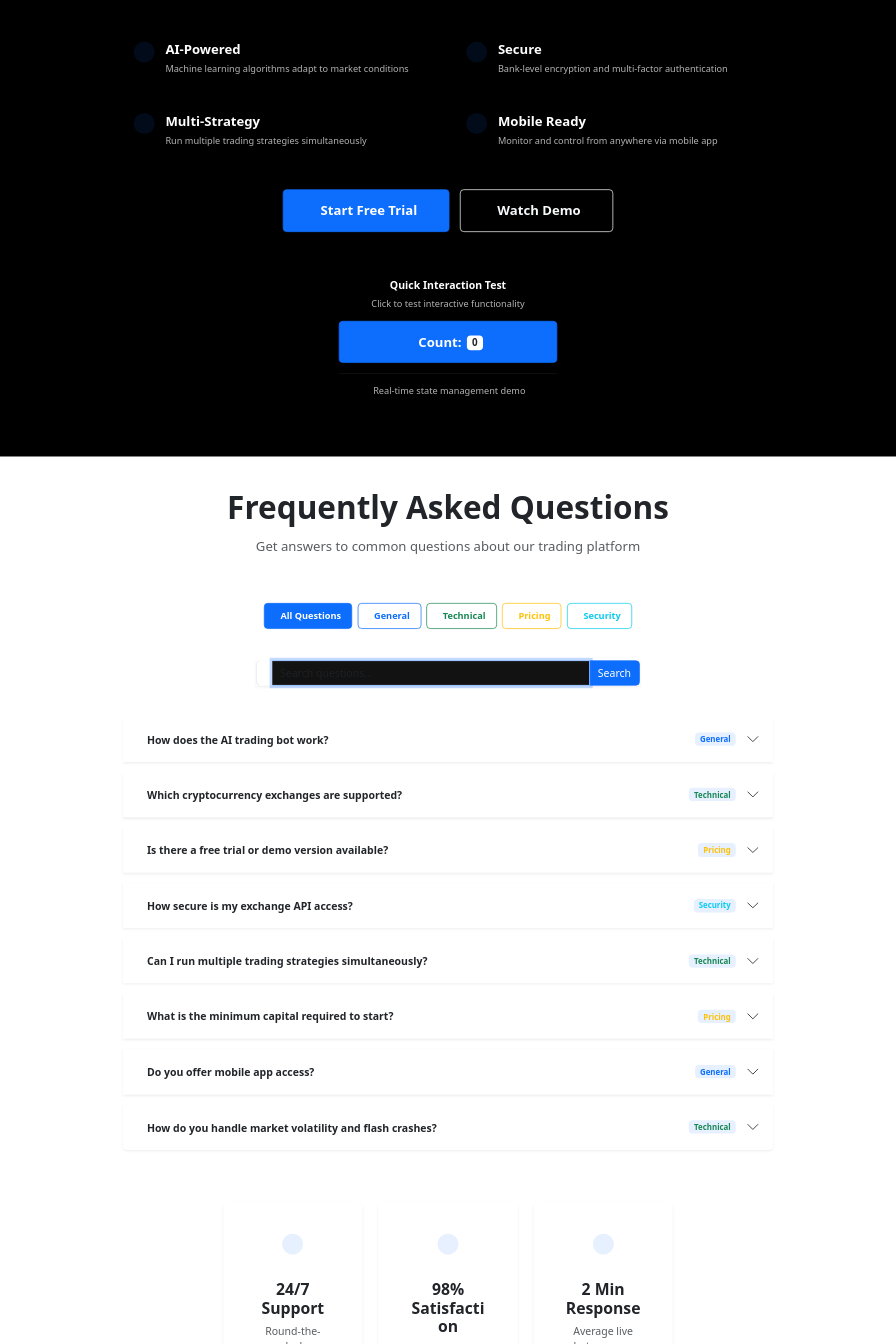
Repository: Kevin-Pro-Codes/halo-trading
Page: /
These files come from the project's save history. The page is drawn as it stood at one moment and after the next save; the edit follows.
The browser window is 1280 px wide. The pictures show the part of the page from y = 489 to 2409 px (the page is 15259 px tall), at 70% of full size.
The first visible `.form-control` has the focus.
The page's requests for data from a server got no answer. The project was rebuilt for these pictures with package versions that can differ from the ones it lists, and the page was loaded fresh each time. Some packages were replaced by stand-ins written for this rebuild. No one was signed in, and anything a server would have sent is missing. Also part of the build but not shown: vite.config.js, src/styles/DocStyle.css, src/styles/PricingStyle.css.

Above is the page before, as saved 2025-12-09 16:34:20.

### src/index.css
:root {
  font-family: system-ui, Avenir, Helvetica, Arial, sans-serif;
  line-height: 1.5;
  font-weight: 400;
  color-scheme: light dark;
  color: rgba(255, 255, 255, 0.87);
  background-color: #242424;
  font-synthesis: none;
  text-rendering: optimizeLegibility;
  -webkit-font-smoothing: antialiased;
  -moz-osx-font-smoothing: grayscale;
}

a {
  font-weight: 500;
  color: #646cff;
  text-decoration: inherit;
}
a:hover {
  color: #535bf2;
}


h1 {
  font-size: 3.2em;
  line-height: 1.1;
}

button {
  border-radius: 8px;
  border: 1px solid transparent;
  padding: 0.6em 1.2em;
  font-size: 1em;
  font-weight: 500;
  font-family: inherit;
  background-color: #1a1a1a;
  cursor: pointer;
  transition: border-color 0.25s;
}
button:hover {
  border-color: #646cff;
}
button:focus,
button:focus-visible {
  outline: 4px auto -webkit-focus-ring-color;
}

### src/Navbar.jsx
import React from 'react';
import haloLogo from './assets/halo.png';



const Navbar = ({ showHamburger, menuOpen, setMenuOpen }) => {
  return (
    <nav className="navbar">
      <div className="nav-content">
        <div className="nav-brand">
          <img src={haloLogo} alt="Trading Bot Logo" className="logo-img" />
        </div>

        {showHamburger ? (
          <div className="hamburger-container">
            <button
              className={`hamburger-btn ${menuOpen ? 'active' : ''}`}
              onClick={() => setMenuOpen(!menuOpen)}
              aria-label="Menu"
            >
              <span></span>
              <span></span>
              <span></span>
            </button>
          </div>
        ) : (
          <div className="nav-links">
            <button className="nav-btn">Home</button>
            <button className="nav-btn">About</button>
            <button className="nav-btn">Products</button>
            <button className="nav-btn">Contact</button>
          </div>
        )}
      </div>

      {showHamburger && menuOpen && (
        <div className="mobile-menu">
          <button className="nav-btn">Home</button>
          <button className="nav-btn">About</button>
          <button className="nav-btn">Products</button>
          <button className="nav-btn">Contact</button>
        </div>
      )}
    </nav>
  );
};

export default Navbar;

### src/components/LatestSection.jsx
import React from 'react';

const LatestSection = () => {
  const updates = [
    {
      id: 1,
      title: "Version 3.0 Launched",
      description: "Major platform upgrade with AI-powered trading signals, enhanced backtesting, and multi-exchange arbitrage capabilities.",
      category: "Platform Update",
      date: "June 2025",
      icon: "bi-rocket-takeoff-fill",
      color: "primary",
      badge: "New",
      tags: ["AI", "Performance", "Multi-Exchange"]
    },
    {
      id: 2,
      title: "Enhanced Security Framework",
      description: "Implemented advanced API key encryption, multi-factor authentication, and real-time threat detection systems.",
      category: "Security",
      date: "May 2025",
      icon: "bi-shield-check",
      color: "success",
      badge: "Enhanced",
      tags: ["Security", "Encryption", "2FA"]
    },
    {
      id: 3,
      title: "Mobile App 2.0 Released",
      description: "Redesigned mobile application with real-time notifications, advanced charting, and one-click trade execution.",
      category: "Mobile",
      date: "April 2025",
      icon: "bi-phone-fill",
      color: "info",
      badge: "Update",
      tags: ["Mobile", "iOS", "Android"]
    },
    {
      id: 4,
      title: "Added 5 New Exchanges",
      description: "Extended platform support to include KuCoin, Bybit, Bitfinex, OKX, and Gate.io for broader market access.",
      category: "Integration",
      date: "March 2025",
      icon: "bi-arrow-left-right",
      color: "warning",
      badge: "Expanded",
      tags: ["Exchanges", "Integration", "Markets"]
    },
    {
      id: 5,
      title: "Advanced Analytics Dashboard",
      description: "Introducing comprehensive performance metrics, profit/loss tracking, and customizable reporting tools.",
      category: "Features",
      date: "February 2025",
      icon: "bi-graph-up",
      color: "purple",
      badge: "Feature",
      tags: ["Analytics", "Reports", "Metrics"]
    },
    {
      id: 6,
      title: "Community Integration",
      description: "Launched user community forum and strategy marketplace for sharing and discovering profitable trading strategies.",
      category: "Community",
      date: "January 2025",
      icon: "bi-people-fill",
      color: "danger",
      badge: "Community",
      tags: ["Forum", "Strategies", "Social"]
    }
  ];

  const categories = [
    { id: "all", name: "All Updates", icon: "bi-grid", count: updates.length },
    { id: "platform", name: "Platform", icon: "bi-rocket", count: 1 },
    { id: "security", name: "Security", icon: "bi-shield", count: 1 },
    { id: "mobile", name: "Mobile", icon: "bi-phone", count: 1 },
    { id: "integration", name: "Integration", icon: "bi-arrow-left-right", count: 1 },
    { id: "features", name: "Features", icon: "bi-stars", count: 1 },
    { id: "community", name: "Community", icon: "bi-people", count: 1 }
  ];

  return (
    <section className="py-5 bg-dark text-white">
      <div className="container">
        {/* Header */}
        <div className="row justify-content-center text-center mb-5">
          <div className="col-lg-8">
            <div className="d-flex align-items-center justify-content-center mb-3">
              <div className="bg-primary bg-opacity-10 p-2 rounded-circle me-3">
                <i className="bi bi-megaphone-fill text-primary fs-3"></i>
              </div>
              <h2 className="display-5 fw-bold mb-0 text-white">Latest Updates & News</h2>
            </div>
            <p className="lead text-white-50 mb-4">
              Stay updated with the latest features, improvements, and announcements from our trading platform
            </p>
          </div>
        </div>

        {/* Stats Summary */}
        <div className="row justify-content-center mb-5">
          <div className="col-lg-10">
            <div className="row g-3">
              <div className="col-md-3 col-6">
                <div className="text-center p-3 bg-dark bg-opacity-50 border border-secondary rounded-3">
                  <div className="display-6 fw-bold text-primary mb-1">{updates.length}</div>
                  <div className="text-white-50 small">Total Updates</div>
                </div>
              </div>
              <div className="col-md-3 col-6">
                <div className="text-center p-3 bg-dark bg-opacity-50 border border-secondary rounded-3">
                  <div className="display-6 fw-bold text-success mb-1">5</div>
                  <div className="text-white-50 small">New Exchanges</div>
                </div>
              </div>
              <div className="col-md-3 col-6">
                <div className="text-center p-3 bg-dark bg-opacity-50 border border-secondary rounded-3">
                  <div className="display-6 fw-bold text-warning mb-1">3.0</div>
                  <div className="text-white-50 small">Current Version</div>
                </div>
              </div>
              <div className="col-md-3 col-6">
                <div className="text-center p-3 bg-dark bg-opacity-50 border border-secondary rounded-3">
                  <div className="display-6 fw-bold text-info mb-1">98%</div>
                  <div className="text-white-50 small">Uptime Rate</div>
                </div>
              </div>
            </div>
          </div>
        </div>

        {/* Category Filter */}
        <div className="row justify-content-center mb-4">
          <div className="col-lg-10">
            <div className="d-flex flex-wrap justify-content-center gap-2 mb-4">
              {categories.map((category) => (
                <button
                  key={category.id}
                  className="btn btn-outline-primary btn-sm px-3 py-2"
                >
                  <i className={`bi ${category.icon} me-2`}></i>
                  {category.name}
                  <span className="badge bg-primary ms-2">{category.count}</span>
                </button>
              ))}
            </div>
          </div>
        </div>

        {/* Updates Grid */}
        <div className="row justify-content-center">
          <div className="col-lg-10">
            <div className="row g-4">
              {updates.map((update) => (
                <div key={update.id} className="col-md-6 col-lg-4">
                  <div className="card h-100 border-secondary bg-white hover-lift transition-all">
                    <div className="card-body p-4">
                      <div className="d-flex justify-content-between align-items-start mb-3">
                        <div className="d-flex align-items-center">
                          <div className={`bg-${update.color} bg-opacity-10 p-2 rounded-circle me-3`}>
                            <i className={`bi ${update.icon} text-${update.color} fs-5`}></i>
                          </div>
                          <span className={`badge bg-${update.color} bg-opacity-10 text-${update.color}`}>
                            {update.category}
                          </span>
                        </div>
                        <span className="badge bg-primary bg-opacity-10 text-primary">
                          {update.badge}
                        </span>
                      </div>

                      <h4 className="fw-bold mb-3 text-black">{update.title}</h4>
                      <p className="text-black mb-4">{update.description}</p>

                      <div className="d-flex justify-content-between align-items-center mt-auto">
                        <div className="d-flex flex-wrap gap-2">
                          {update.tags.map((tag, index) => (
                            <span key={index} className="badge bg-dark border border-secondary text-white-50 small">
                              #{tag}
                            </span>
                          ))}
                        </div>
                        <div className="text-end">
                          <div className="text-white-50 small">{update.date}</div>
                        </div>
                      </div>
                    </div>

                    {/* Card Footer */}
                    <div className="card-footer bg-white border-top border-secondary pt-0">
                      <button className="btn btn-link text-decoration-none p-0 text-primary">
                        <i className="bi bi-arrow-right-circle me-1"></i>
                        Learn More
                      </button>
                    </div>
                  </div>
                </div>
              ))}
            </div>
          </div>
        </div>

        {/* Two Boxes at Bottom */}
        <div className="row justify-content-center mt-5">
          <div className="col-lg-10">
            <div className="row g-4">

              {/* Left Box: Newsletter */}
              <div className="col-lg-6">
                <div className="card border-primary bg-white h-100">
                  <div className="card-body p-4 d-flex flex-column">
                    <div className="d-flex align-items-center mb-3">
                      <div className="bg-primary bg-opacity-10 p-2 rounded-circle me-3">
                        <i className="bi bi-bell-fill text-black fs-4"></i>
                      </div>
                      <div>
                        <h4 className="fw-bold mb-1 text-black">Stay Updated</h4>
                        <p className="text-black small mb-0">Get the latest news in your inbox</p>
                      </div>
                    </div>

                    <p className="text-black mb-4">
                      Subscribe to our newsletter and be the first to know about new features, updates, and trading insights.
                    </p>

                    <div className="mt-auto">
                      <div className="input-group mb-3">
                       <input
  type="email"
  className="form-control bg-white border-secondary text-white"
  placeholder="Your email address"
  style={{
    color: 'white !important',
    backgroundColor: '#ffffffff !important'
  }}
/>
                        <button className="btn btn-primary">
                          Subscribe
                        </button>
                      </div>
                      <small className="text-black">
                        <i className="bi bi-shield-check me-1"></i>
                        We respect your privacy. Unsubscribe anytime.
                      </small>
                    </div>
                  </div>
                </div>
              </div>

              {/* Right Box: Roadmap */}
              <div className="col-lg-6">
                <div className="card border-warning bg-dark h-100">
                  <div className="card-body p-4 d-flex flex-column">
                    <div className="d-flex align-items-center mb-3">
                      <div className="bg-warning bg-opacity-10 p-2 rounded-circle me-3">
                        <i className="bi bi-map text-warning fs-4"></i>
                      </div>
                      <div>
                        <h4 className="fw-bold mb-1 text-white">What's Coming Next</h4>
                        <p className="text-white-50 small mb-0">Upcoming features roadmap</p>
                      </div>
                    </div>

                    <div className="mb-4">
                      <div className="d-flex align-items-start mb-3">
                        <div className="text-warning me-3 mt-1">
                          <i className="bi bi-circle-fill fs-6"></i>
                        </div>
                        <div>
                          <h6 className="fw-bold mb-1 text-white">AI Strategy Builder</h6>
                          <p className="text-white-50 small mb-0">Create custom trading strategies with AI assistance</p>
                          <small className="text-warning"><i className="bi bi-calendar me-1"></i> Q3 2025</small>
                        </div>
                      </div>

                      <div className="d-flex align-items-start mb-3">
                        <div className="text-info me-3 mt-1">
                          <i className="bi bi-circle-fill fs-6"></i>
                        </div>
                        <div>
                          <h6 className="fw-bold mb-1 text-white">Social Trading</h6>
                          <p className="text-white-50 small mb-0">Follow top traders and copy their strategies</p>
                          <small className="text-info"><i className="bi bi-calendar me-1"></i> Q4 2025</small>
                        </div>
                      </div>

                      <div className="d-flex align-items-start">
                        <div className="text-success me-3 mt-1">
                          <i className="bi bi-circle-fill fs-6"></i>
                        </div>
                        <div>
                          <h6 className="fw-bold mb-1 text-white">DeFi Integration</h6>
                          <p className="text-white-50 small mb-0">Connect with decentralized finance protocols</p>
                          <small className="text-success"><i className="bi bi-calendar me-1"></i> Q1 2026</small>
                        </div>
                      </div>
                    </div>

                    <div className="mt-auto">
                      <button className="btn btn-outline-warning w-100">
                        <i className="bi bi-clock-history me-2"></i>
                        View Full Roadmap
                      </button>
                    </div>
                  </div>
                </div>
              </div>
            </div>
          </div>
        </div>

        {/* View All Button */}
        <div className="row justify-content-center mt-4">
          <div className="col-lg-10 text-center">
            <button className="btn btn-outline-primary px-4 py-3">
              <i className="bi bi-clock-history me-2"></i>
              View Complete Update History
              <i className="bi bi-arrow-right ms-2"></i>
            </button>
          </div>
        </div>
      </div>

      {/* CSS Styling */}
      <style jsx>{`
        .bg-dark {
          background-color: #000000 !important;
        }
          .bg-white {
          background-color: #ffffffff !important;
        }
        .hover-lift {
          transition: all 0.3s ease;
        }

        .hover-lift:hover {
          transform: translateY(-5px);
          box-shadow: 0 10px 25px rgba(0, 0, 0, 0.3) !important;
          border-color: #495057 !important;
        }

        .transition-all {
          transition: all 0.3s ease;
        }

        .bg-purple {
          background-color: #6f42c1 !important;
        }

        .text-purple {
          color: #6f42c1 !important;
        }

        .bg-purple.bg-opacity-10 {
          background-color: rgba(111, 66, 193, 0.1) !important;
        }

        .bg-danger.bg-opacity-10 {
          background-color: rgba(220, 53, 69, 0.1) !important;
        }

        .text-white-50 {
          color: rgba(255, 255, 255, 0.7) !important;
        }

        .border-secondary {
          border-color: #495057 !important;
        }

        .btn-outline-primary:hover {
          transform: translateY(-2px);
          box-shadow: 0 5px 15px rgba(13, 110, 253, 0.2);
        }

        .btn-outline-warning:hover {
          transform: translateY(-2px);
          box-shadow: 0 5px 15px rgba(255, 193, 7, 0.2);
        }

        .form-control:focus {
          background-color: #121212 !important;
          border-color: #86b7fe !important;
          box-shadow: 0 0 0 0.25rem rgba(13, 110, 253, 0.25) !important;
          color: white !important;
        }

        @media (max-width: 768px) {
          .display-5 {
            font-size: 2rem;
          }

          .card-body {
            padding: 1.5rem !important;
          }
        }
      `}</style>
    </section>
  );
};

export default LatestSection;

### src/components/SetupSection.jsx
import React from "react";

const SetupSection = () => {
  return (
    <section className="section-black">
      <div className="section-content">
        <h2>Setup Guide</h2>
        <ul className="setup-steps">
          <li>Create your account</li>
          <li>Connect exchange API keys</li>
          <li>Configure your trading strategy</li>
          <li>Set risk management parameters</li>
          <li>Activate and monitor performance</li>
        </ul>
      </div>
    </section>
  );
};

export default SetupSection;

### src/Footer.jsx
import React from "react";

const Footer = () => {
  return (
    <footer className="section-black">
      <div className="section-content">
        <div className="footer-grid">
          <div className="footer-col">
            <h3>Contact</h3>
            <p>Email: support@halo.com</p>
            <p>Phone: +55 11 9987-6543</p>
            <p>Address: 456 Finance Street, Crypto City</p>
          </div>
          <div className="footer-col">
            <h3>Legal</h3>
            <p><a href="#">Risk Disclosure</a></p>
            <p><a href="#">Terms of Service</a></p>
            <p><a href="#">Privacy Policy</a></p>
          </div>
          <div className="footer-col">
            <h3>Support</h3>
            <p><a href="#">Help Center</a></p>
            <p><a href="#">API Documentation</a></p>
            <p><a href="#">Community Forum</a></p>
            <p className="mt-3"><a href="#">MetaTrader 5</a></p>
          </div>
        </div>
        <div className="footer-bottom">
          <p>
            © 2025 Halo Algo Trading. All rights reserved. Disclaimer: Trading
            involves risk. Past performance is not indicative of future results.
          </p>
          <p className="disclaimer"></p>
        </div>
      </div>
    </footer>
  );
};

export default Footer;

### src/styles/ConverterStyle.css
/* Add to your existing CSS */
.converter-container {
  max-width: 500px;
  margin: 0 auto;
}

.converter-card {
  background-color: white;
  padding: 2rem;
  border-radius: var(--border-radius);
}

.converter-row {
  display: flex;
  align-items: center;
  margin-bottom: 1rem;
}

.converter-row label {
  width: 80px;
  text-align: right;
  margin-right: 1rem;
}

.converter-row input {
  flex: 1;
  padding: 0.5rem;
  border-radius: var(--border-radius);
  border: 1px solid #ddd;
  background-color: var(--bg-light);
  color: var(--text-dark);
}

.converter-card label,
.converter-card .rate-display {
  color: black; /* Replace with your desired color */
  font-weight: bold;
}

.rate-display {
  text-align: center;
  margin-top: 1.5rem;
  font-size: 0.9rem;
  opacity: 0.8;
}

/* Responsive adjustments */
@media (max-width: 600px) {
  .converter-row {
    flex-direction: column;
    align-items: flex-start;
  }

  .converter-row label {
    width: 100%;
    text-align: left;
    margin-bottom: 0.5rem;
  }
}

### src/styles/FooterStyle.css

/* Footer */
.footer-grid {
  display: grid;
  grid-template-columns: repeat(auto-fit, minmax(200px, 1fr));

}

.footer-col a {
  color: var(--text-light);
  text-decoration: none;

}

.footer-col a:hover {
  text-decoration: underline;

}

.footer-bottom {
  text-align: center;
  padding-top: 1rem;
  border-top: 1px solid rgba(255, 255, 255, 0.1);

}

.disclaimer {

  padding-bottom: 10px;
   margin-bottom: 0px !important;
}

Loaded but not shown: index.html (common file); src/main.jsx (common file); src/components/DocSection.jsx (389 lines, source omitted); src/components/FaqSection.jsx (283 lines, source omitted); src/components/GallerySection.jsx (302 lines, source omitted); src/components/PricingSection.jsx (314 lines, source omitted); src/components/TestimonialSection.jsx (224 lines, source omitted); src/components/IntroSection.jsx (222 lines, source omitted); src/App.jsx (157 lines, source omitted); src/styles/NavbarStyle.css (126 lines, source omitted); src/components/ConverterSection.jsx (73 lines, source omitted); src/App.css (161 lines, source omitted); src/styles/GalleryStyle.css (62 lines, source omitted); src/components/PerformanceSection.jsx (47 lines, source omitted); src/styles/FaqStyle.css (no stored copy; drawn as an empty file); src/styles/IntroStyle.css (no stored copy; drawn as an empty file); src/styles/LatestStyle.css (no stored copy; drawn as an empty file); src/styles/PerformanceStyle.css (no stored copy; drawn as an empty file); src/styles/SetupStyle.css (no stored copy; drawn as an empty file); src/styles/TestimonialStyle.css (no stored copy; drawn as an empty file)

After the next save:
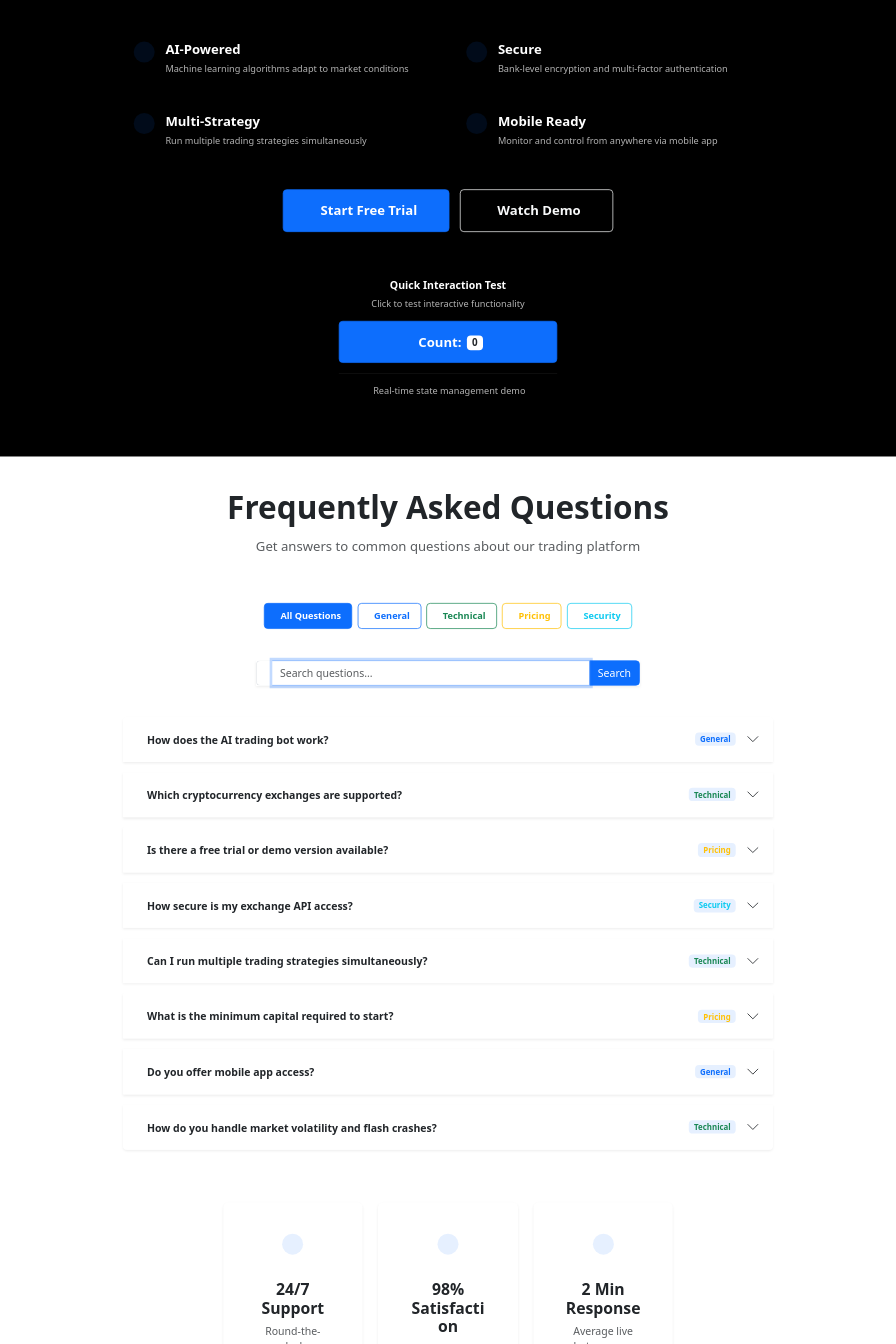
Saved 40 s later.
--- a/src/components/LatestSection.jsx
+++ b/src/components/LatestSection.jsx
@@ -379,7 +379,7 @@ const LatestSection = () => {
         }
 
         .form-control:focus {
-          background-color: #121212 !important;
+          background-color: #ffffffff !important;
           border-color: #86b7fe !important;
           box-shadow: 0 0 0 0.25rem rgba(13, 110, 253, 0.25) !important;
           color: white !important;
